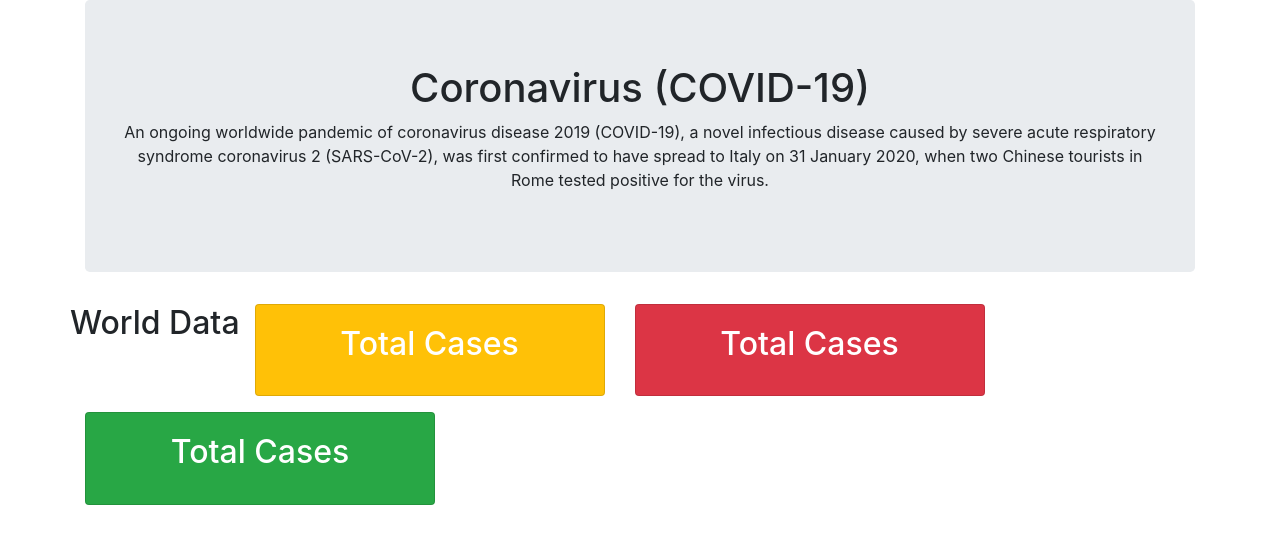
Repository: ahmadsaadkhan/react-covid-app
Page: /
The author's editor kept a copy of each file at every save. The page is drawn from the files as they stood at one save, then again after the next save.
The browser window is 1280 px wide. The pictures show the whole page.
The page's requests for data from a server got no answer. The project was rebuilt for these pictures with package versions that can differ from the ones it lists, and the page was loaded fresh each time. No one was signed in, and anything a server would have sent is missing.

Above is the page before, as saved 2021-04-19 15:57:29.

### public/index.html
<!DOCTYPE html>
<html lang="en">

<head>
    <meta charset="utf-8" />
    <link rel="icon" href="%PUBLIC_URL%/favicon.ico" />
    <meta name="viewport" content="width=device-width, initial-scale=1" />
    <meta name="theme-color" content="#000000" />
    <meta name="description" content="Web site created using create-react-app" />
    <link rel="apple-touch-icon" href="%PUBLIC_URL%/logo192.png" />
    <!--
      manifest.json provides metadata used when your web app is installed on a
      user's mobile device or desktop. See https://developers.google.com/web/fundamentals/web-app-manifest/
    -->
    <link rel="manifest" href="%PUBLIC_URL%/manifest.json" />
    <link rel="stylesheet" href="https://cdn.jsdelivr.net/npm/bootstrap@4.6.0/dist/css/bootstrap.min.css" integrity="sha384-B0vP5xmATw1+K9KRQjQERJvTumQW0nPEzvF6L/Z6nronJ3oUOFUFpCjEUQouq2+l" crossorigin="anonymous" />
    <!--
      Notice the use of %PUBLIC_URL% in the tags above.
      It will be replaced with the URL of the `public` folder during the build.
      Only files inside the `public` folder can be referenced from the HTML.

      Unlike "/favicon.ico" or "favicon.ico", "%PUBLIC_URL%/favicon.ico" will
      work correctly both with client-side routing and a non-root public URL.
      Learn how to configure a non-root public URL by running `npm run build`.
    -->
    <title>React App</title>
</head>

<body>
    <noscript>You need to enable JavaScript to run this app.</noscript>
    <div id="root"></div>
    <!--
      This HTML file is a template.
      If you open it directly in the browser, you will see an empty page.

      You can add webfonts, meta tags, or analytics to this file.
      The build step will place the bundled scripts into the <body> tag.

      To begin the development, run `npm start` or `yarn start`.
      To create a production bundle, use `npm run build` or `yarn build`.
    -->
</body>

</html>

### src/App.js
import './App.css';
import { useState } from 'react';
import { useEffect } from 'react';

function App() {

  const [Covid_Data, setCovid_Data] = useState(null);

  const getData = () => {
    fetch("https://vaccovid-coronavirus-vaccine-and-treatment-tracker.p.rapidapi.com/api/npm-covid-data/world", {
      "method": "GET",
      "headers": {
        "x-rapidapi-key": "3d33dc1e13mshc5f97558480723fp15e23bjsnc1db1b7183da",
        "x-rapidapi-host": "vaccovid-coronavirus-vaccine-and-treatment-tracker.p.rapidapi.com"
      }
    })
      .then(response => {
        return response.json();
      })
      .then(data => {
        console.log(data);
        setCovid_Data(data);
      })
      .catch(err => {
        console.error(err);
      });


  }

  useEffect(() => {
    getData()
  }, [])

  return (
    <div className="App">
      <div className="container">

        <div className="jumbotron text-center">
          <h1>Coronavirus (COVID-19)</h1>
          <p>An ongoing worldwide pandemic of coronavirus disease 2019 (COVID-19), a novel infectious disease caused by severe acute respiratory syndrome coronavirus 2 (SARS-CoV-2), was first confirmed to have spread to Italy on 31 January 2020, when two Chinese tourists in Rome tested positive for the virus.</p>
        </div>
        <div className="row">
          <h2>World Data</h2>
          <div className="col-md-4">
            <div className="card text-white bg-warning mb-3">
              <div className="card-body">
                <h2 className="card-title"> Total Cases</h2>
                <p className="card-text h3">{Covid_Data && Covid_Data[0].TotalCases}</p>
              </div>
            </div>
          </div>
          <div className="col-md-4">
            <div className="card text-white bg-danger mb-3">
              <div className="card-body">
                <h2 className="card-title"> Total Cases</h2>
                <p className="card-text h3">{Covid_Data && Covid_Data[0].TotalDeaths}</p>
              </div>
            </div>
          </div>
          <div className="col-md-4">
            <div className="card text-white bg-success mb-3">
              <div className="card-body">
                <h2 className="card-title"> Total Cases</h2>
                <p className="card-text h3">{Covid_Data && Covid_Data[0].TotalRecovered}</p>
              </div>
            </div>
          </div>
        </div>

      </div>
    </div>
  );
}

export default App;

Loaded but not shown: src/index.js (common file); src/index.css (common file); src/App.css (common file)

After the next save:
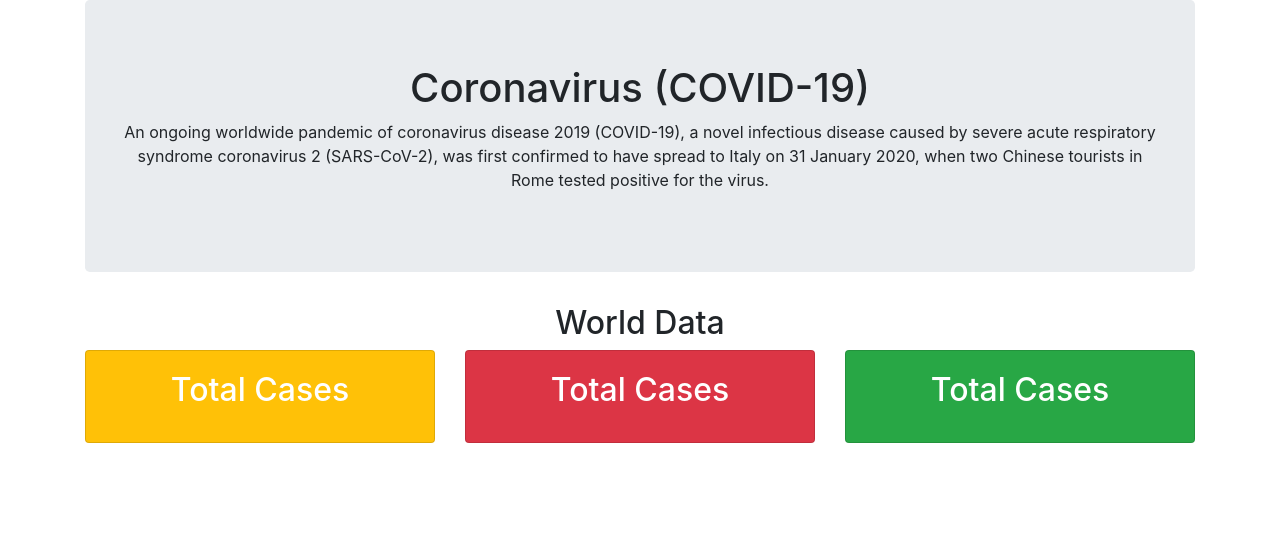
Saved 9 s later.
--- a/src/App.js
+++ b/src/App.js
@@ -40,8 +40,8 @@ function App() {
           <h1>Coronavirus (COVID-19)</h1>
           <p>An ongoing worldwide pandemic of coronavirus disease 2019 (COVID-19), a novel infectious disease caused by severe acute respiratory syndrome coronavirus 2 (SARS-CoV-2), was first confirmed to have spread to Italy on 31 January 2020, when two Chinese tourists in Rome tested positive for the virus.</p>
         </div>
+          <h2>World Data</h2>
         <div className="row">
-          <h2>World Data</h2>
           <div className="col-md-4">
             <div className="card text-white bg-warning mb-3">
               <div className="card-body">
